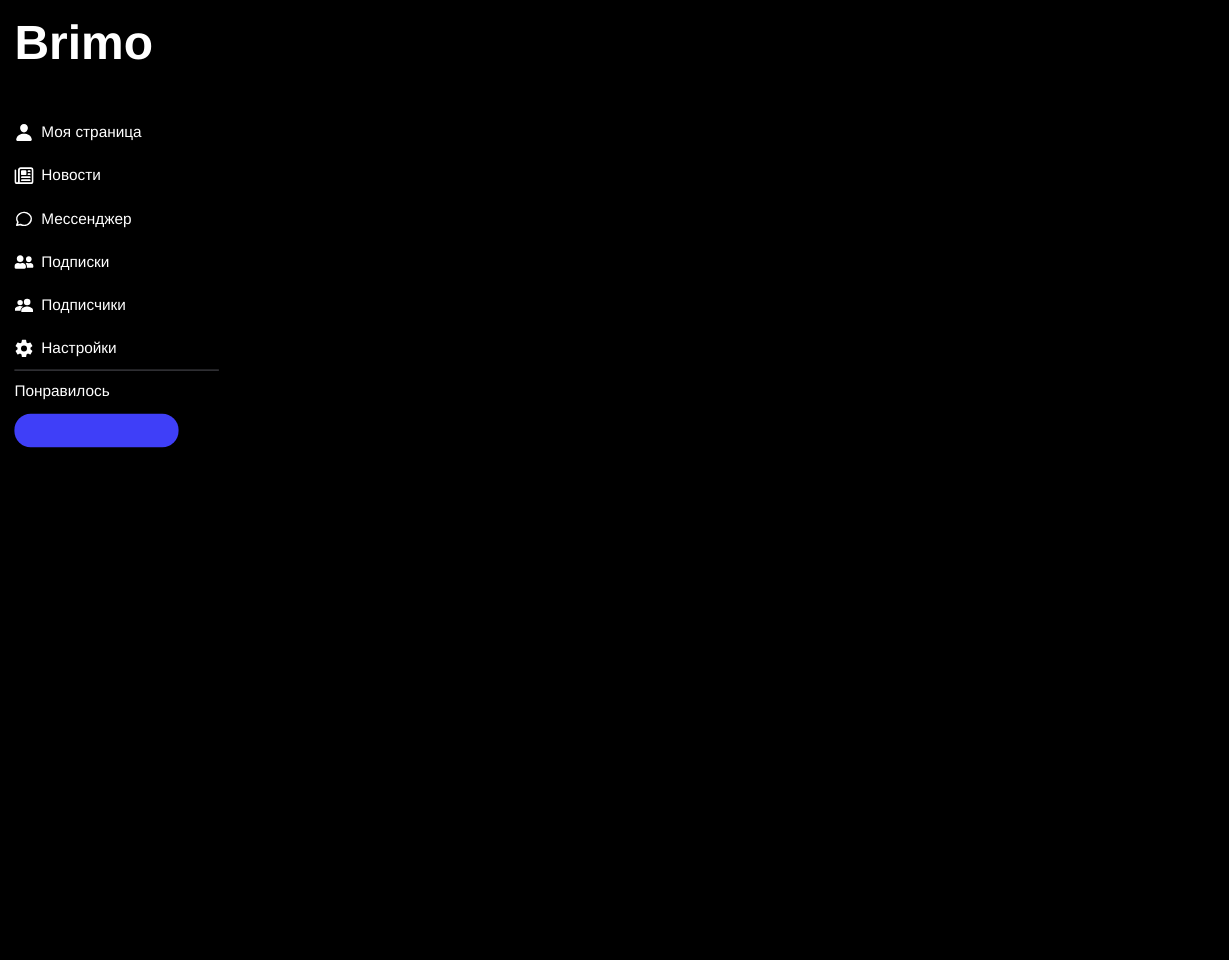
Repository: MaksimKrupkin/socialNetwork
Page: / (app in frontend/socialNetworkFrontend/)
The author's editor kept a copy of each file at every save. The page is drawn from the files as they stood at one save, then again after the next save.
The browser window is 1280 px wide. The pictures show the whole page, at 96% of full size.
The project was rebuilt for these pictures with package versions that can differ from the ones it lists, and the page was loaded fresh each time. Also part of the build but not shown: frontend/socialNetworkFrontend/vite.config.js, frontend/socialNetworkFrontend/src/index.css.

Above is the page before, as saved 2024-11-27 20:12:09.

After the next save:
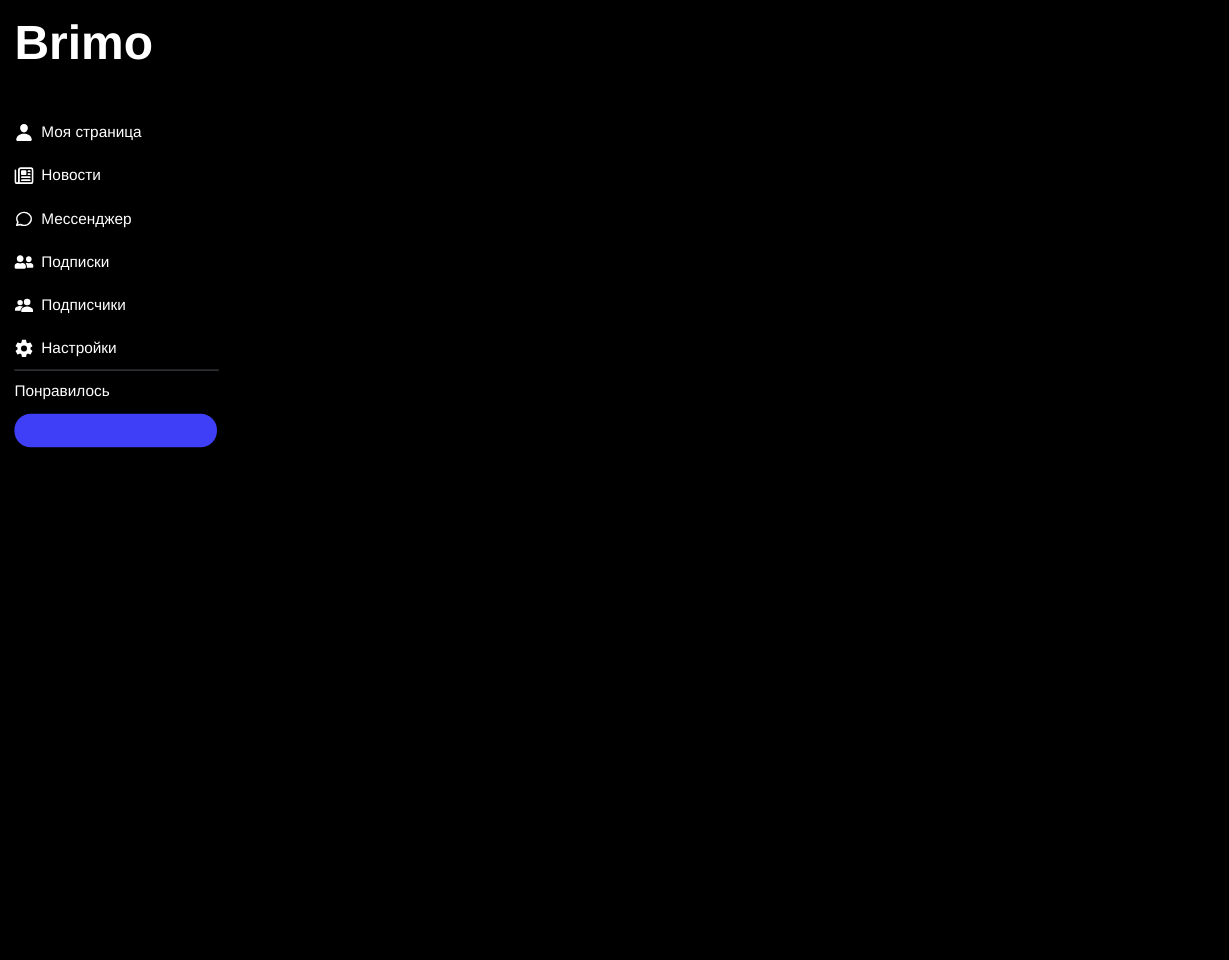
Saved 46 s later.
--- a/frontend/socialNetworkFrontend/src/Components/Navigation/Navigation.module.scss
+++ b/frontend/socialNetworkFrontend/src/Components/Navigation/Navigation.module.scss
@@ -23,7 +23,7 @@
 }
 
 .create_new {
-  width: 80%;
+  width: 99%;
   height: 35px;
   background-color: rgb(63, 63, 248);
   border-radius: 17px;
